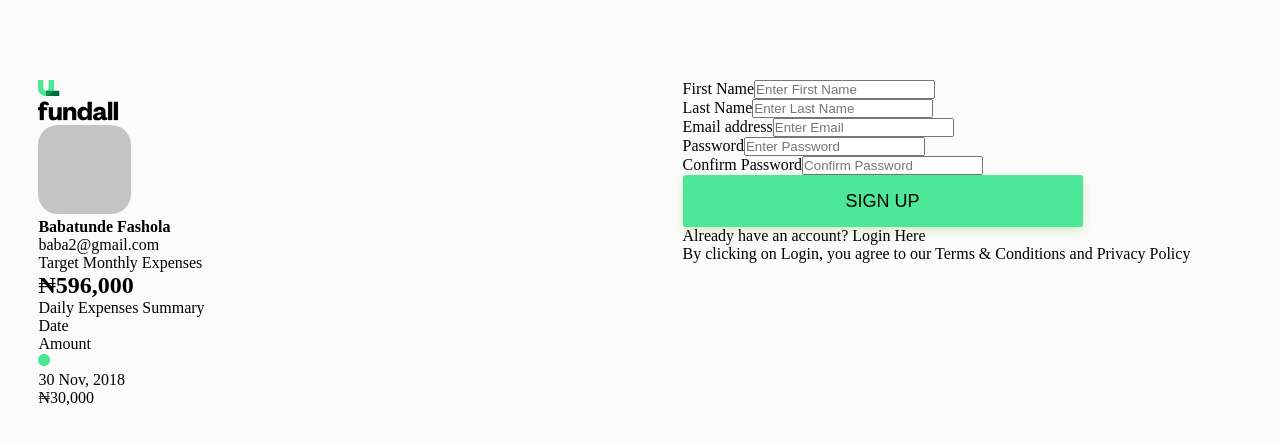
Repository: nilesjamex/niffty
Page: /dashboard
An editor plug-in stored every save of this project. The page is shown before and after the next save, followed by the edit.
The browser window is 1280 px wide. The pictures show the whole page.
The project was rebuilt for these pictures with package versions that can differ from the ones it lists, and the page was loaded fresh each time. Also part of the build but not shown: src/components/Nav.vue, src/views/Home.vue, src/views/SignUp.vue, src/views/Login.vue.

Above is the page before, as saved 2022-04-17 08:24:59.

### src/main.js
import { createApp } from 'vue'
import App from './App.vue'
import router from './router'
import '@/styles/global.scss'

createApp(App).use(router).mount('#app')

### src/App.vue
<template>

  <router-view/>
</template>
<script>
// @ is an alias to /src

export default {
  components: {
  }
}
</script>
<style lang="scss">


#nav {
  padding: 30px;

  a {
    font-weight: bold;
    color: #2c3e50;

    &.router-link-exact-active {
      color: #42b983;
    }
  }
}
</style>

### src/router/index.js
import { createRouter, createWebHistory } from 'vue-router'
import Home from '../views/Home.vue';
import SignUp from '../views/SignUp.vue';
import Login from '../views/Login.vue';
import Dashboard from '../views/Dashboard.vue';

const routes = [
  {
    path: '/',
    name: 'Home',
    component: Home
  },
  {
    path: '/signup',
    name: 'signup',
    component: SignUp
  },
  {
    path: '/login',
    name: 'login',
    component: Login
  },
  {
    path: '/dashboard',
    name: 'dashboard',
    component: Dashboard
  }
]

const router = createRouter({
  history: createWebHistory(process.env.BASE_URL),
  routes
})

export default router

### src/styles/global.scss
@import './variables';
@import './mixins.scss';
@import './_typography.scss';
* {
    margin: 0;
    padding: 0;
    box-sizing: border-box;
    max-width: 100vw;
}
@font-face {
    font-family: "CircularStd";
    src: local(CircularStd) url(../fonts/circular-std-medium-500.ttf) format(opentype);
}
input {
    outline: none;
}
button {
    border: none;
    outline: none;
}
a {
    color: inherit;
    text-decoration: none;
}
li {
    list-style: none;
}
.button--signup {
    width: 98.01px;
    height: 42px;
    background: $access-bg;
    border-radius: 10px;
    @include flex(center, center);
    @include access {

    }
}
.button--submit {
    width: 400px;
    height: 52px;
    background: #4DE897;
    box-shadow: 0px 4px 10px rgba(118, 212, 45, 0.3);
    border-radius: 3px;
    @include flex(center, center);
    @include access;
}

### src/views/Dashboard.vue
<template>
   <section class="signup">
      <div class="signup--box">
          <div class="signup--intro">
              <div class="signup--intro--logo">
                  <img src="@/assets/logo.svg" alt="">
              </div>
              <div class="signup--intro--content">
                  <div class="signup--intro--content--profile">
                    <div class="signup--intro--content--profile--image">
                      <img src="@/assets/pfp.svg" alt="">
                    </div>
                    <div class="signup--intro--content--profile--text">
                      <h4>
                        Babatunde Fashola
                      </h4>
                      <p>
                        baba2@gmail.com
                      </p>
                    </div>
                  </div>
                  <div class="signup--intro--content--expense">
                    <p>
                      Target Monthly Expenses
                    </p>
                    <h2>
                      ₦596,000
                    </h2>
                    <div class="percent">
                      <div class="line1"></div>
                      <div class="line2"></div>
                    </div>
                  </div>
                  <div class="signup--intro--content--tab">
                    <p>
                      Daily Expenses Summary
                    </p>
                    <div class="signup--intro--content--tab--summary">
                      <div class="signup--intro--content--tab--summary--heading">
                        <p>Date</p>
                      <p>Amount</p>
                      </div>
                      <div class="signup--intro--content--tab--summary--content">
                        <svg width="13" height="13" viewBox="0 0 13 13" fill="none" xmlns="http://www.w3.org/2000/svg">
<path fill-rule="evenodd" clip-rule="evenodd" d="M6.06372 12.1274C9.41262 12.1274 12.1274 9.41262 12.1274 6.06372C12.1274 2.71482 9.41262 0 6.06372 0C2.71482 0 0 2.71482 0 6.06372C0 9.41262 2.71482 12.1274 6.06372 12.1274Z" fill="#4DE897"/>
</svg>
                        <p>30 Nov, 2018</p>
                      <p>₦30,000</p>
                      </div>
                    </div>
                  </div>
              </div>
          </div>
          <!-- form -->
          <div class="signup--form">
              <form action="">
                  <div class="signup--form--container">
                      <div class="signup--form--name--box">
                          <div class="signup--form--name">
                              <label>First Name</label>
                              <input type="text" name="" placeholder="Enter First Name" id="">
                          </div>
                          <div class="signup--form--name">
                              <label>Last Name</label>
                              <input type="text" name="" placeholder="Enter Last Name" id="">
                          </div>
                      </div>
                      <div class="signup--form--input">
                          <label>Email address</label>
                          <input type="email" name="" placeholder="Enter Email" id="">
                      </div>
                      <div class="signup--form--input">
                          <label>Password</label>
                          <input type="password" name="" placeholder="Enter Password" id="">
                      </div>
                      <div class="signup--form--input">
                          <label>Confirm Password</label>
                          <input type="password" name="" placeholder="Confirm Password" id="">
                      </div>
                      <button class="button--submit">
                          SIGN UP
                      </button>
                      <div class="signup--form--login">
                          <p>
                              Already have an account? <span><a href="/login">Login Here</a></span>
                          </p>
                      </div>
                  </div>
              </form>
               <div class="signup--form--terms">
              <p>
                  By clicking on Login, you agree to our <span>Terms & Conditions and Privacy Policy</span>
              </p>
          </div>
          </div>
      </div>
  </section>
</template>

<script>
export default {

}
</script>

<style scoped lang="scss">
@import '@/styles/mixins.scss';
@import '@/styles/_variables.scss';
@import '@/styles/_typography.scss';
.signup {
    padding: 5rem 7% 5rem 3%;
    background: #FCFBFC;
}
.signup--box {
    @include flex(space-between,);
}
input[type = "file"] {
  height: 50px;
  width: 60px;
  border-radius: 70px;
}
</style>

### src/styles/_variables.scss
// colors
$access-bg: #4CE895;

### src/styles/mixins.scss
@mixin flex($justify: flex-start, $align: flex-start) {
    display: flex;
    justify-content: $justify;
    align-items: $align;
}

### src/styles/_typography.scss
@mixin access {
    font-family: 'CircularStd', sans-serif;
    font-size: 1.125rem;
    line-height: 23px;
    color: #000000;
    @content;
}
@mixin heading1 {
    font-family: 'CircularStd', sans-serif;
    font-size: 2.5rem;
    line-height: 51px;
    color: #000000;
    @content;
}
@mixin heading2 {
    font-family: 'CircularStd', sans-serif;
    font-size: 1.5rem;
    line-height: 30px;
    color: #000000;
    @content;
}
@mixin caption {
    font-family: 'CircularStd', sans-serif;
    font-size: 1.3rem;
    line-height: 27px;
    color: #000000;
    @content;
}
@mixin input {
    font-family: 'CircularStd', sans-serif;
    font-style: normal;
    font-size: 18px;
    line-height: 23px;
    color: #30443C;
    @content;
}
@mixin placeholder {
    font-family: 'Nunito Sans';
    font-style: normal;
    font-weight: 400;
    font-size: 18px;
    line-height: 25px;
    color: #30443C;
    mix-blend-mode: normal;
    opacity: 0.5;
    @content;
}
@mixin login {
    font-family: 'Nunito Sans';
    font-style: normal;
    font-weight: 400;
    font-size: 16px;
    line-height: 22px;
    color: #1B2420;
    @content;
}
@mixin holla {
    font-family: 'CircularStd', sans-serif;
    font-style: normal;
    font-size: 34px;
    line-height: 43px;
    color: #1B2420;
    @content;
}
@mixin holla-sign {
    font-family: 'CircularStd', sans-serif;
    font-style: normal;
    font-size: 20px;
    line-height: 25px;
    color: #30443C;
    @content;
}

Loaded but not shown: public/index.html (common file)

After the next save:
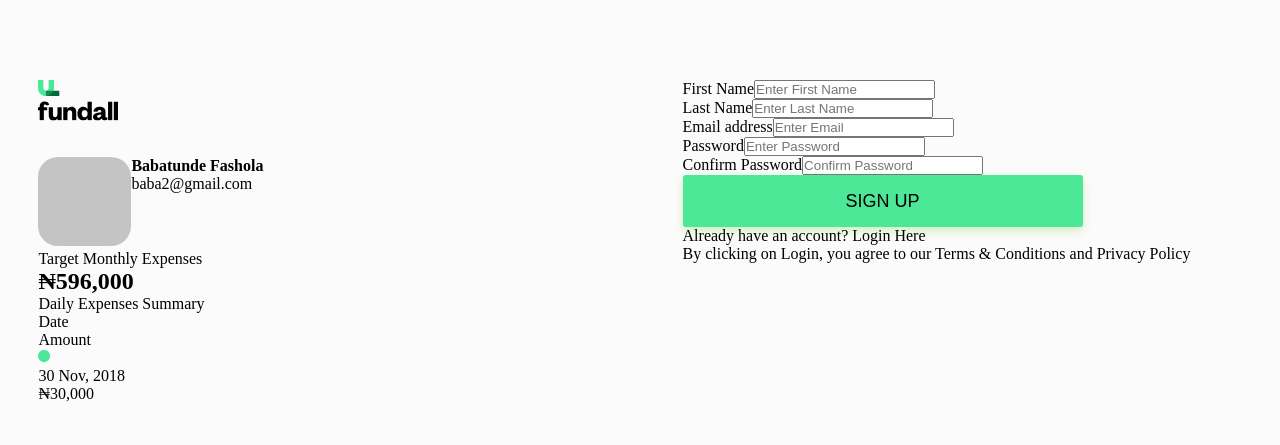
Saved 2 min 58 s later.
--- a/src/views/Dashboard.vue
+++ b/src/views/Dashboard.vue
@@ -114,9 +114,11 @@ export default {
 .signup--box {
     @include flex(space-between,);
 }
-input[type = "file"] {
-  height: 50px;
-  width: 60px;
-  border-radius: 70px;
+.signup--intro--content {
+    width: 400px;
+    margin-top: 2rem;
+}
+.signup--intro--content--profile {
+  display: flex;
 }
 </style>
